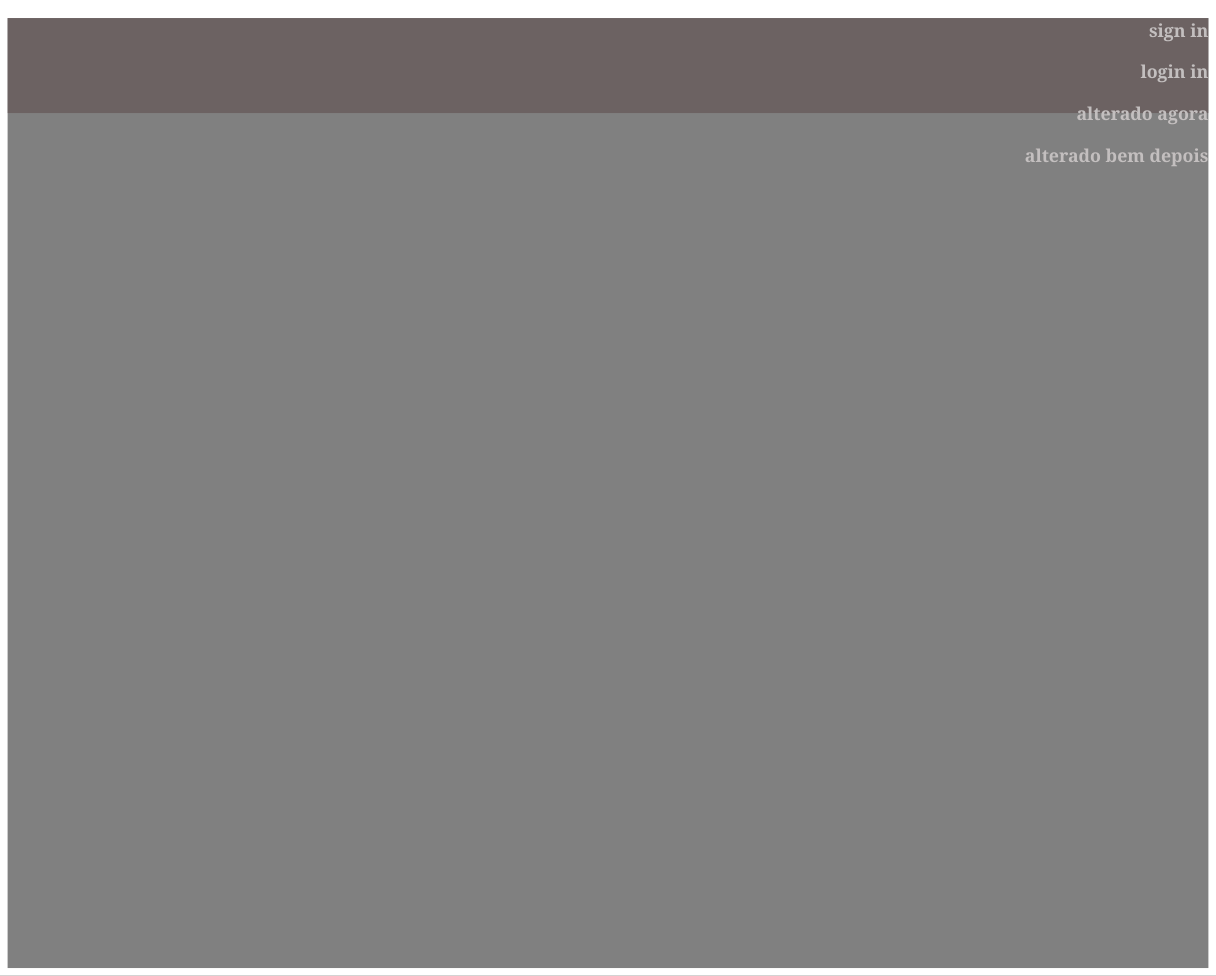
Repository: iraiore/trabalho-web-i-anime
Page: index.html
These files come from the project's save history. The page is drawn as it stood at one moment and after the next save; the edit follows.
The browser window is 1280 px wide. The pictures show the whole page, at 95% of full size.

Above is the page before, as saved 2023-08-28 21:33:03.

### index.html
<!DOCTYPE html>
<html lang="en">
<head>
    <meta charset="UTF-8">
    <meta http-equiv="X-UA-Compatible" content="IE=edge">
    <meta name="viewport" content="width=device-width, initial-scale=1.0">
    <title>Document</title>
    <link rel="stylesheet" type="text/css" href="style.css">
</head>
<body>
    <div id="site">
        <div id="header">
            <h3 id="register-login">sign in</h3>
            <h3 id="register-login">login in</h3>
            <h3 id="register-login">alterado agora</h3>
            <h3 id="register-login">alterado bem depois </h3>

        </div>

    </div>

</body>
</html>

### style.css
/*configuração da pagina do site - METODOLOGIA TABLELESS*/
#site{
    /* Definimos a largura da página */
    width:100%;
    /* Definirmos a altura da página*/
    height:1000px;
    /* Aqui definiremos a posição que a página ocupará na tela, nesse caso estamos definindo que fique centralizado na tela*/
    /*top : posição de cima */
    margin-top:0;
    /* left: posição de esquerda*/
    margin-left:auto;
    /* bottom : posição de baixo */
    margin-bottom:0;
    /* right : posição de direita */
    margin-right:auto;
    /* Aqui definiremos a cor de fundo da página */
    background-color:gray;
  }
#header{
    /*Novamente definimos a largura da div*/
    width:100%;
    /* altura da div */
    height:100px;
    /* Cor de fundo da div */
    background-color:rgb(95, 79, 79);
    opacity: 60%;
    }
#conteudo{
    /*Novamente definimos a largura da div*/
    width:90%;
    /* altura da div */
    height:500px;
    /* Cor de fundo da div */
    background-color:#0F0;
  }
#footer{
    /*Novamente definimos a largura da div*/
    width:90%;
    /* altura da div */
    height:100px;
    /* Cor de fundo da div */
    background-color:#C3C;
  }
/*Configuração dos parágrafos*/
#register-login{
  text-align: right;
  font-family: Georgia, 'Times New Roman', Times, serif;
  color:rgb(241, 234, 234);
}

After the next save:
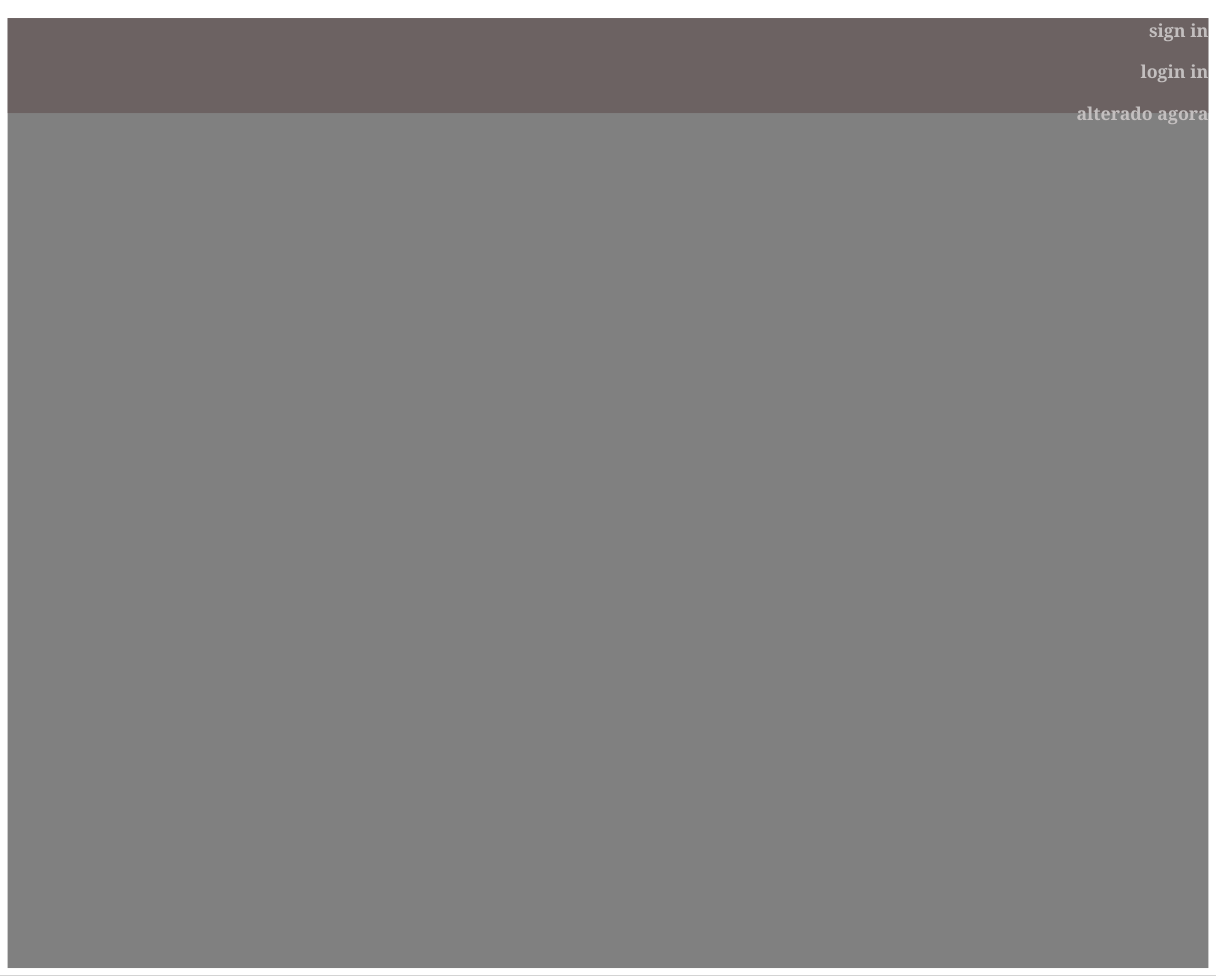
Saved 83 s later.
--- a/index.html
+++ b/index.html
@@ -13,7 +13,6 @@
             <h3 id="register-login">sign in</h3>
             <h3 id="register-login">login in</h3>
             <h3 id="register-login">alterado agora</h3>
-            <h3 id="register-login">alterado bem depois </h3>
 
         </div>
 
